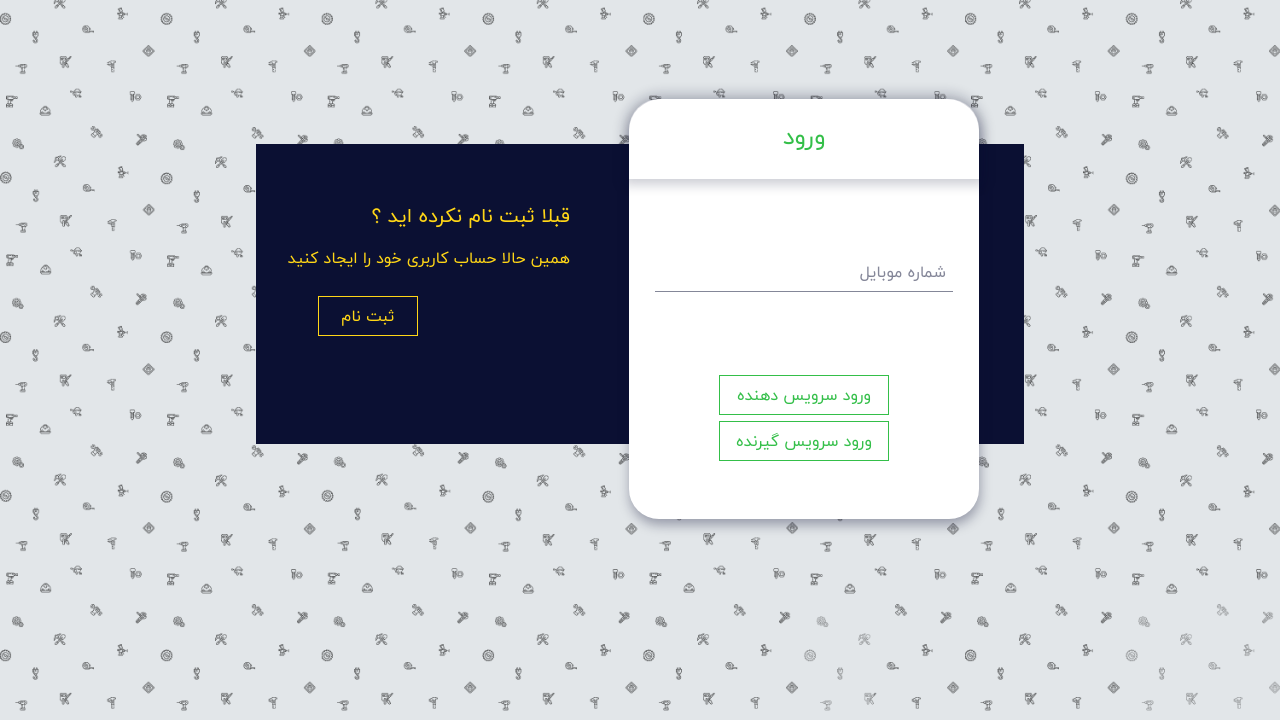
Repository: nightwolf-041/pisheyar-panel-user
Page: /login
An editor plug-in stored every save of this project. The page is shown before and after the next save, followed by the edit.
The browser window is 1280 px wide. The pictures show the whole page.
The page's requests for data from a server got no answer. The project was rebuilt for these pictures with package versions that can differ from the ones it lists, and the page was loaded fresh each time. No one was signed in, and anything a server would have sent is missing. Also part of the build but not shown: src/components/login/RegisterBoxSteps.jsx.

Above is the page before, as saved 2020-05-20 11:52:27.

After the next save:
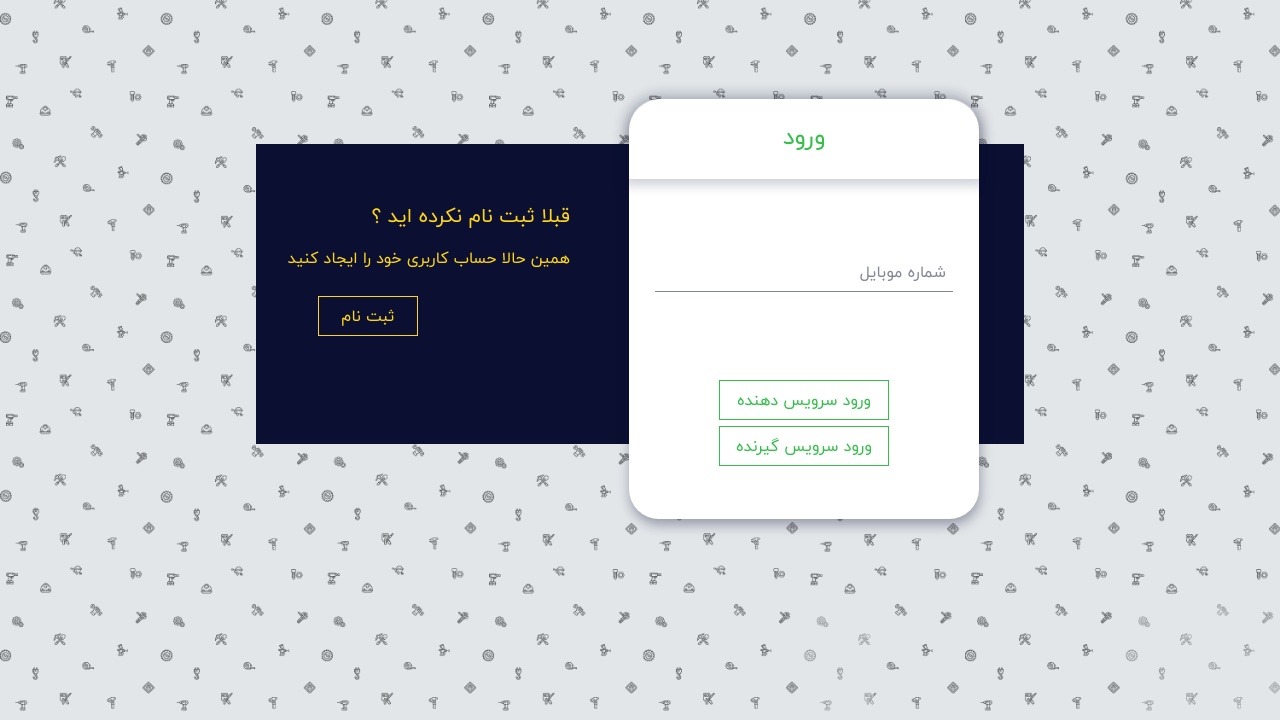
Saved 14 s later.
--- a/src/components/login/login.module.css
+++ b/src/components/login/login.module.css
@@ -242,7 +242,7 @@ button {
 
 .loginRegisterLoginButton {
     position: absolute;
-    top: 130%;
+    top: 135%;
     right: calc(50% - 85px);
     padding: 7px 15px;
     width: 170px;
@@ -254,7 +254,7 @@ button {
 
 .loginRegisterLoginButtonByer {
     position: absolute;
-    top: 170%;
+    top: 175%;
     left: calc(50% - 85px);
     padding: 7px 15px;
     width: 170px;
